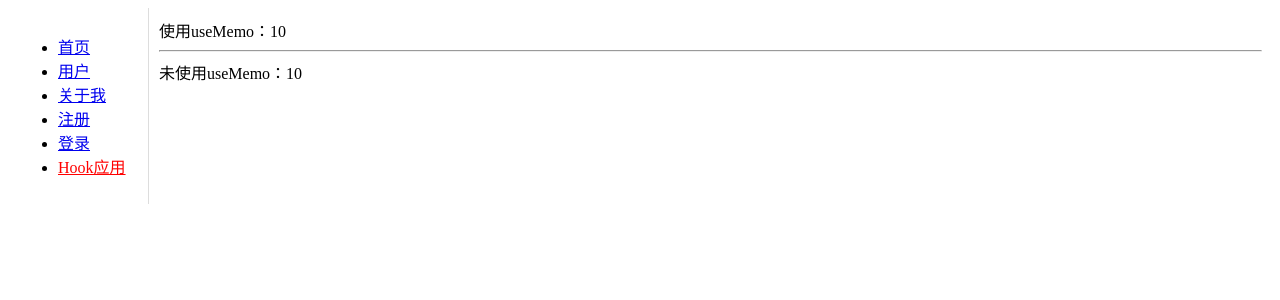
Repository: shellingfordly/js-library-Demo
Page: /hook (app in demo/react/demo/)
These files come from the project's save history. The page is drawn as it stood at one moment and after the next save; the edit follows.
The browser window is 1280 px wide. The pictures show the whole page.
The project was rebuilt for these pictures with package versions that can differ from the ones it lists, and the page was loaded fresh each time. Also part of the build but not shown: demo/react/demo/src/views/home/components/UseReducer.js, demo/react/demo/src/views/home/components/SetTimeout.js, demo/react/demo/src/views/home/hook/context.js, demo/react/demo/src/views/home/components/context/useContext.js, demo/react/demo/src/views/home/components/context/contextType.js, demo/react/demo/src/views/home/components/context/consumer.js, demo/react/demo/src/views/home/utils/highComponent.js, demo/react/demo/src/views/home/Home.js and 12 more.

Above is the page before, as saved 2021-01-17 22:56:36.

### demo/react/demo/src/index.js
import React from 'react';
import ReactDOM from 'react-dom';
import './index.css';
import App from './App';
import reportWebVitals from './reportWebVitals';
import {BrowserRouter as Route} from 'react-router-dom'

ReactDOM.render(
  <React.StrictMode>
    <Route>
      <App />
    </Route>
  </React.StrictMode>,
  document.getElementById('root')
);

// If you want to start measuring performance in your app, pass a function
// to log results (for example: reportWebVitals(console.log))
// or send to an analytics endpoint. Learn more: https://bit.ly/CRA-vitals
reportWebVitals();

### demo/react/demo/src/App.js

import './App.scss'
import { Component } from 'react'
import { NavLink, Route, Switch, Redirect } from 'react-router-dom'
import Home from './views/home/Home'
import About from './views/about/About'
import Register from './views/Register'
import User from './views/User'
import Login from './views/Login'
import store from './store'
import { userLogout } from './store/actions'
import Hook from './views/HookComponent'

export default class App extends Component {

  state = {
    isShow: false
  }

  componentDidMount() {
    store.subscribe(() => {
      const data = store.getState()
      this.setState({ isShow: data.isLogin })
    })
  }

  logout = () => {
    store.dispatch(userLogout())
  }


  render() {

    return (
      <div className="app">
        <div className="nav">
          <ul>
            <li>
              <NavLink to='/home'>首页</NavLink>
            </li>
            <li>
          <NavLink to='/user'>用户</NavLink>
            </li>
            <li>
          <NavLink to='/about'>关于我</NavLink>
            </li>
            <li>
          <NavLink to='/register'>注册</NavLink>
            </li>
            <li>
          <NavLink to='/login'>登录</NavLink>
            </li>
            <li>
          <NavLink to='/hook'>Hook应用</NavLink>
            </li>
          </ul>

        </div>
        <div className="content">
          <Switch>
            <Route path="/home" component={Home}></Route>
            <Route path="/user" component={User}></Route>
            <Route path="/about" component={About}></Route>
            <Route path="/register" component={Register}></Route>
            <Route path="/login" component={Login}></Route>
            <Route path="/hook" component={Hook}></Route>
            <Redirect to="/login"></Redirect>
          </Switch>
        </div>
      </div>


    )
  }
};

### demo/react/demo/src/App.scss
.app {
  // width: 80%;
  margin: auto;
  display: flex;

  .nav {
    width: 120px;
    padding: 10px;
    border-right: 1px solid #ddd;

    a {
      display: inline;
      width: 100%;
    }

    .active {
      color: red;
    }
  }

  .content {
    flex:1;
    padding: 10px;
    // display: flex;
    // justify-content: space-around;

    .login {
      .label {
        display: inline-block;
        width: 70px;
      }
      .btn {
        padding-top: 10px;
        text-align: center;

        button:first-child {
          margin-right: 10px;
        }
      }
    }
  }
}

.show {
  display: block;
}
.hide {
  display: none;
}

### demo/react/demo/src/store/index.js
import {createStore, applyMiddleware}  from 'redux'
import thunk from 'redux-thunk'
import  rootReducer from './combineReducer'

export default createStore(rootReducer, applyMiddleware(thunk))

### demo/react/demo/src/store/actions.js
export function saveUser(data){
  return {
    type: 'SAVE',
    data
  }
}

export function getUser(data){
  return {
    type: 'GET',
    data
  }
}

export function userLogin(){
  return {
    type: 'LOGIN',
  }
}

export function userLogout(){
  return {
    type: 'LOGOUT',
  }
}

### demo/react/demo/src/views/HookComponent/index.js

import { UseMemoComponent,UseFunComponent} from './components/useMemo'

export default function HookComponent(){
  return (
    <div>
      使用useMemo：<UseMemoComponent />
      <hr/>
      未使用useMemo：<UseFunComponent/>
    </div>
  )
}

### demo/react/demo/src/store/combineReducer.js
import { combineReducers } from 'redux';

import * as reducer from './reducer';


const rootReducer = combineReducers({
  ...reducer
})

export default rootReducer;

### demo/react/demo/src/views/HookComponent/components/useMemo.js
import {useMemo, useState} from 'react'

export function  UseFunComponent (){
  const [len] = useState(5)

  function sum(){
    console.log("computed");
    let count = 0
    for (let i = 0; i < len; i++) {
      count+=i
    }
    return count
  }

  return (
    <span>
      {sum()}
    </span>
  )
}

export function  UseMemoComponent (){

  const [len] = useState(5)

  const sum =  useMemo(()=>{
    console.log("computed");
    let count = 0
    for (let i = 0; i < len; i++) {
      count+=i
    }
    return count
  }, [len])

  return (
    <span>
      {sum}
    </span>
  )
}

### demo/react/demo/src/store/reducer.js
const user_info = {
  username: '',
  password: '',
}

export function user(state = user_info, actions) {
  switch (actions.type) {
    case "SAVE":
      localStorage.setItem('user_info', JSON.stringify(actions.data))
      return { status: true, msg: '登录成功！' }
    case "GET":
      const hasUser = localStorage.getItem('user_info')
      if (hasUser) return { status: true, data: user, msg: '已登录！' }
      else return { status: false, msg: '未登录！' }
    default: return state
  }
}


export function isLogin(state = false, actions) {
  const hasUser = localStorage.getItem('user_info')
  switch (actions.type) {
    case "LOGIN":
      if (hasUser) return true
      else return false
    case "LOGOUT":
      if (hasUser) localStorage.removeItem('user_info')
      return false
    default: return state
  }
}

Loaded but not shown: demo/react/demo/public/index.html (common file); demo/react/demo/src/reportWebVitals.js (common file); demo/react/demo/src/index.css (no stored copy; drawn as an empty file)

After the next save:
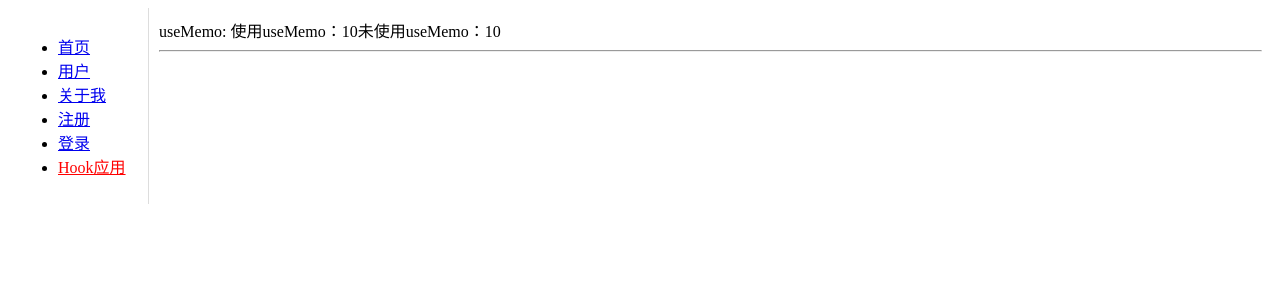
Saved 12 s later.
--- a/demo/react/demo/src/views/HookComponent/index.js
+++ b/demo/react/demo/src/views/HookComponent/index.js
@@ -4,9 +4,10 @@ import { UseMemoComponent,UseFunComponent} from './components/useMemo'
 export default function HookComponent(){
   return (
     <div>
+      useMemo:
       使用useMemo：<UseMemoComponent />
+      未使用useMemo：<UseFunComponent/>
       <hr/>
-      未使用useMemo：<UseFunComponent/>
     </div>
   )
 }
